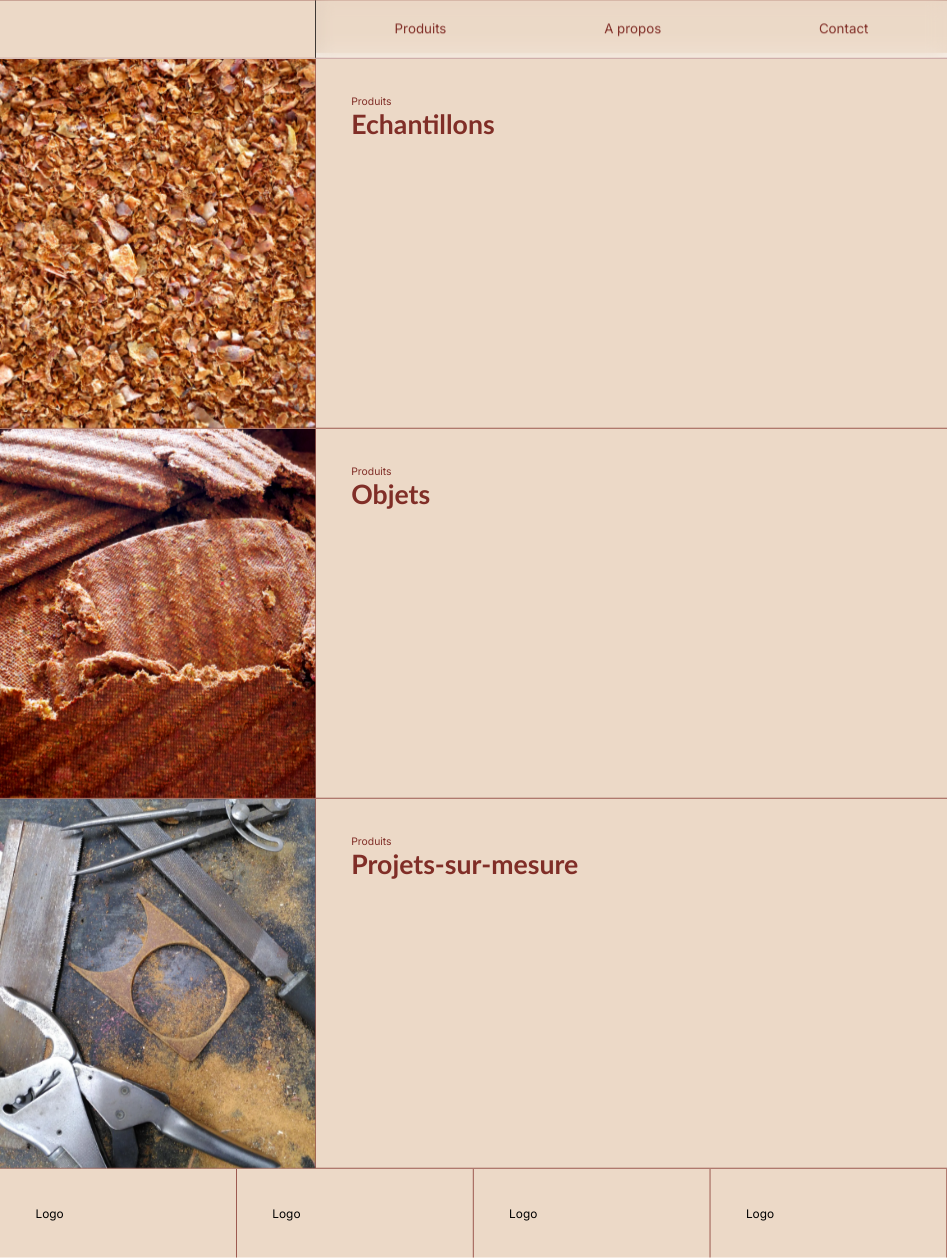
Repository: Neewd/adaozan
Page: /
The author's editor kept a copy of each file at every save. The page is drawn from the files as they stood at one save, then again after the next save.
The browser window is 1280 px wide. The pictures show the part of the page from y = 648 to 2348 px (the page is 2348 px tall), at 74% of full size.
The project was rebuilt for these pictures with package versions that can differ from the ones it lists, and the page was loaded fresh each time. The framework's server and built-in components were replaced by stand-ins that run in the browser. Also part of the build but not shown: next.config.js.

Above is the page before, as saved 2023-08-10 15:15:03.

### app/page.tsx
import Image from "next/image";
import { Metadata } from "next";
import { ProductHero, ProductHeroProps } from "./components/ProductHero";
import { LogoCloud } from "./components/LogoCloud";

export const metadata: Metadata = {
	title: "Adaozañ",
	description: "Terme breton, définition: recycler, revaloriser",
};

const products: ProductHeroProps[] = [
	{
		imageUrl: "/img/marc-de-pomme-sec.webp",
		title: "Produits",
		subtitle: "Echantillons",
	},
	{
		imageUrl: "/img/marc-de-pomme.webp",
		title: "Produits",
		subtitle: "Objets",
	},
	{
		imageUrl: "/img/transformation.webp",
		title: "Produits",
		subtitle: "Projets-sur-mesure",
	},
];

const logos: string[] = ["logo1.png", "logo2.png", "logo3.png", "logo4.png"];

export default function Home() {
	return (
		<div className="h-screen w-full bg-cream-100 relative h-min">
			<div className="flex top-0 sticky w-full z-1 h-[90vh]">
				<div className="basis-4/12 p-12 border-r border-brown-100">
					<Image
						src="/img/logo.png"
						width={500}
						height={500}
						alt="Logo Adaozan"
					/>
				</div>
				<div className="basis-8/12 relative">
					<Image
						className="object-cover"
						src="/img/valorisation-marc-de-pomme.webp"
						fill={true}
						alt="Valorisation marc de pomme"
					/>
				</div>
			</div>

			<div className="flex h-20 border-y border-brown-100 z-20 sticky top-0 ">
				<div className="basis-4/12 border-r px-6 flex items-center bg-cream-100"></div>
				<div className="basis-8/12 flex justify-around items-center h-full bg-cream-100/40 backdrop-blur-md">
					<div className="text-brown-100 text-lg">Produits</div>
					<div className="text-brown-100 text-lg">A propos</div>
					<div className="text-brown-100 text-lg">Contact</div>
				</div>
			</div>

			<div className="flex z-10 relative flex-col">
				{products.map((product) => {
					return (
						<ProductHero
							key={product.title}
							imageUrl={product.imageUrl}
							title={product.title}
							subtitle={product.subtitle}
						/>
					);
				})}
			</div>
			<div>
				<LogoCloud logos={logos} />
			</div>
		</div>
	);
}

### app/components/ProductHero.tsx
import Image from "next/image";

export interface ProductHeroProps {
	imageUrl: string;
	imageAlt?: string;
	title: string;
	subtitle: string;
}

export const ProductHero = ({
	imageUrl,
	imageAlt,
	title,
	subtitle,
}: ProductHeroProps) => {
	return (
		<div className="flex w-full h-[500px] bg-cream-100 cursor-pointer">
			<div className="flex basis-4/12 relative border-b border-brown-100">
				<Image
					className="object-cover border-r border-brown-100"
					src={imageUrl}
					fill={true}
					alt={imageAlt ?? ""}
				/>
			</div>
			<div className="flex basis-8/12 relative gap-3 flex-col border-b border-brown-100">
				<div className="sticky p-12  top-24">
					<div className="text-sm text-brown-100">{title}</div>
					<div className="text-4xl text-brown-100 font-semibold font-heading">
						{subtitle}
					</div>
				</div>
			</div>
		</div>
	);
};

### app/components/LogoCloud.tsx
import Image from "next/image";

export const LogoCloud = ({ logos }: { logos: string[] }) => {
	return (
		<div className="flex w-full bg-cream-100 ">
			{logos.map((logo) => {
				return (
					<div
						className="px-12 py-12 flex-1 border-r border-brown-100"
						key={logo}
					>
						Logo
					</div>
				);
			})}
		</div>
	);
};

Loaded but not shown: app/layout.tsx (common file); app/globals.css (common file); tailwind.config.js (common file)

After the next save:
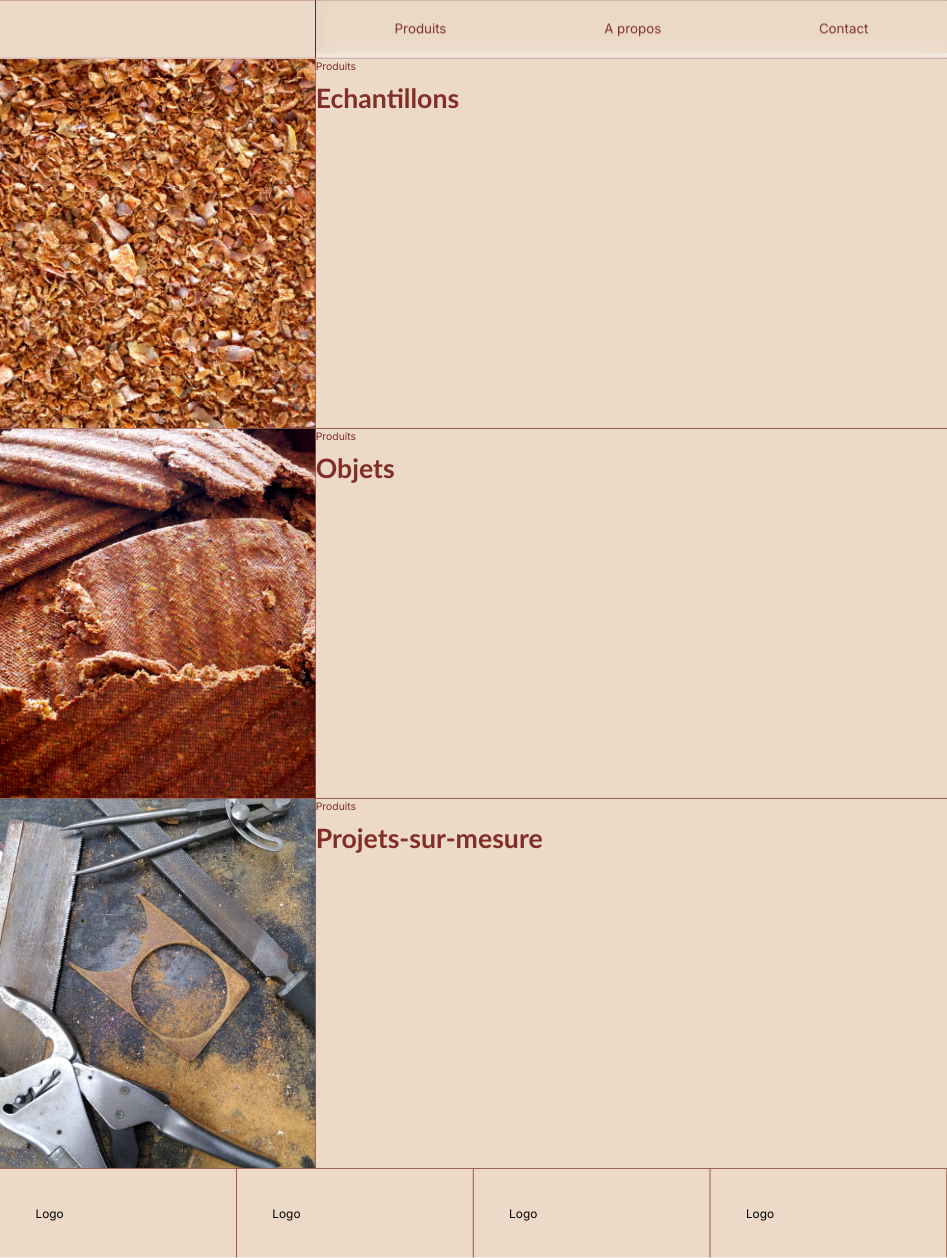
Saved 101 s later.
--- a/app/components/ProductHero.tsx
+++ b/app/components/ProductHero.tsx
@@ -24,11 +24,9 @@
 				/>
 			</div>
 			<div className="flex basis-8/12 relative gap-3 flex-col border-b border-brown-100">
-				<div className="sticky p-12  top-24">
-					<div className="text-sm text-brown-100">{title}</div>
-					<div className="text-4xl text-brown-100 font-semibold font-heading">
-						{subtitle}
-					</div>
+				<div className="text-sm text-brown-100">{title}</div>
+				<div className="text-4xl text-brown-100 font-semibold font-heading">
+					{subtitle}
 				</div>
 			</div>
 		</div>

After the 2 saves that followed:
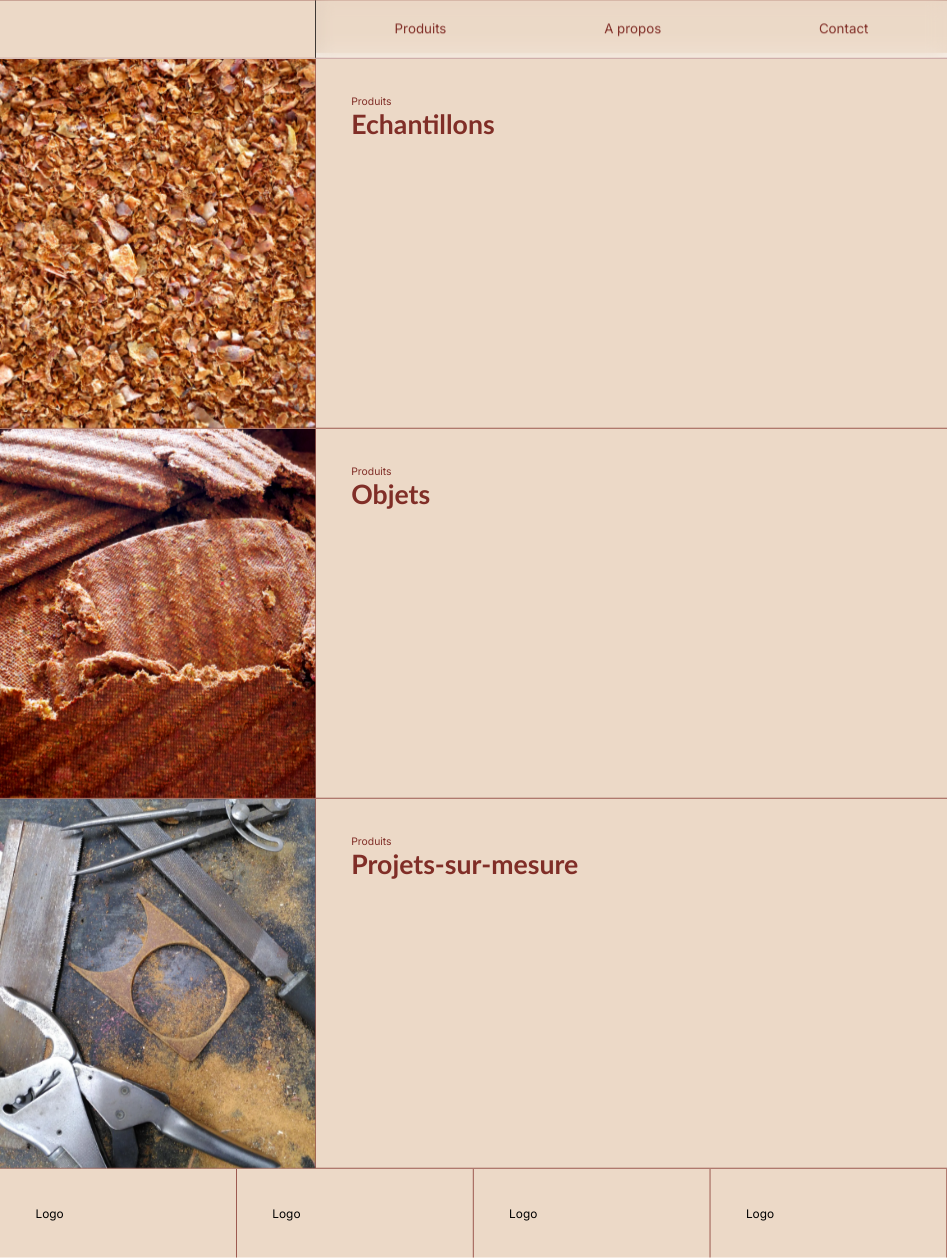
The 2 saves are shown as one change because 1 left the picture as it was.
The last was saved 43 s later.
--- a/app/components/ProductHero.tsx
+++ b/app/components/ProductHero.tsx
@@ -24,9 +24,11 @@
 				/>
 			</div>
 			<div className="flex basis-8/12 relative gap-3 flex-col border-b border-brown-100">
-				<div className="text-sm text-brown-100">{title}</div>
-				<div className="text-4xl text-brown-100 font-semibold font-heading">
-					{subtitle}
+				<div className="sticky p-12  top-24">
+					<div className="text-sm text-brown-100">{title}</div>
+					<div className="text-4xl text-brown-100 font-semibold font-heading">
+						{subtitle}
+					</div>
 				</div>
 			</div>
 		</div>
